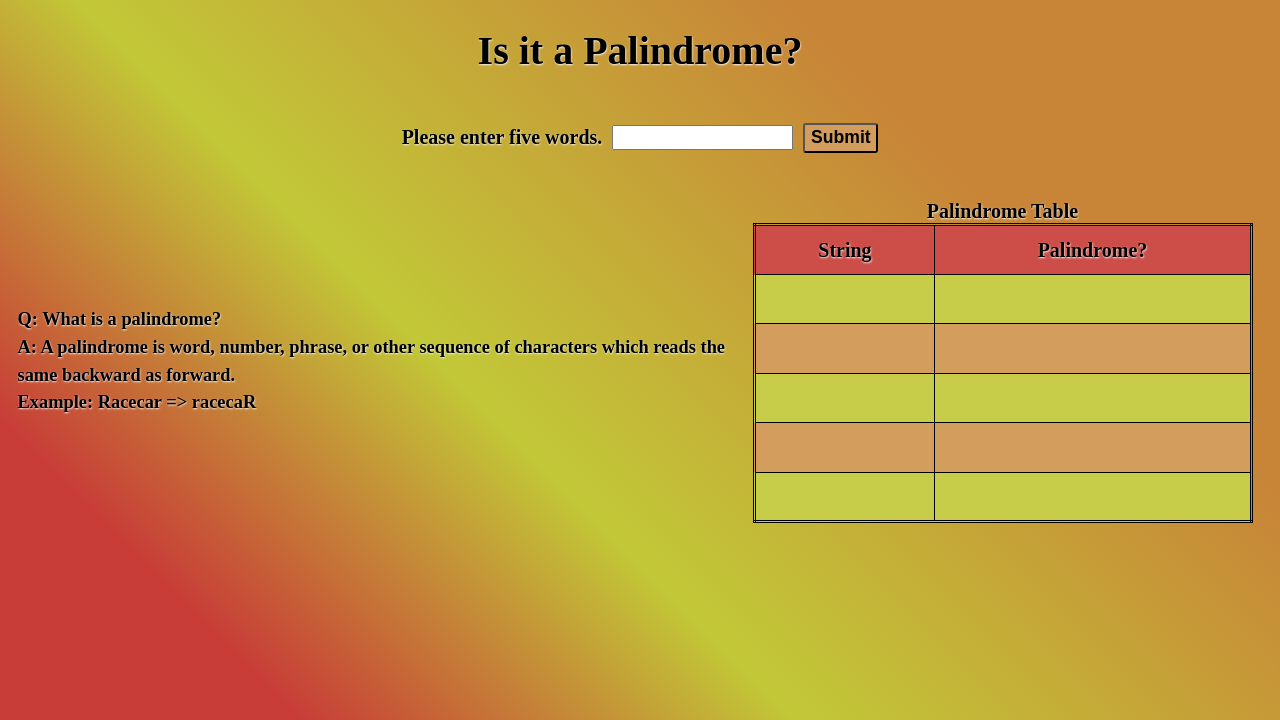
Repository: mlmEFSC21/P18-Palindrome-Table
Page: palindrome.html
The author's editor kept a copy of each file at every save. The page is drawn from the files as they stood at one save, then again after a run of saves.
The browser window is 1280 px wide. The pictures show the whole page.

Above is the page before, as saved 2022-04-04 18:19:22.

### palindrome.html
<!DOCTYPE html>
<html lang="en">
    <head>
        <meta charset="UTF-8" />
        <meta http-equiv="X-UA-Compatible" content="IE=edge" />
        <meta name="viewport" content="width=device-width, initial-scale=1.0" />
        <link rel="stylesheet" href="palindrome.css" />
        <script defer src="palindrome.js"></script>
        <title>Palindrome Table</title>
    </head>
    <body>
        <header class="mainHeader">
            <h1>Is it a Palindrome?</h1>
        </header>
        <div class="mainContent">
            <div class="formContainer" id="formContainer">
                <form class="palindromeForm" id="palindromeForm">
                    <label for="stringInput">Please enter five words.</label>
                    <input
                        type="text"
                        name="stringInput"
                        class="stringInput"
                        id="stringInput"
                        required
                    />
                    <button type="submit" class="submit-btn" id="submit-btn">Submit</button>
                </form>
            </div>
            <div class="tableContainer" id="tableContainer">
                <div class="definition">
                    <p>Q: What is a palindrome?</p>
                    <p>
                        A: A palindrome is word, number, phrase, or other sequence of characters
                        which reads the same backward as forward.
                    </p>
                    <p>Example: Racecar => racecaR</p>
                </div>
                <table>
                    <caption>
                        Palindrome Table
                    </caption>
                    <thead>
                        <tr>
                            <th>String</th>
                            <th>Palindrome?</th>
                        </tr>
                    </thead>
                    <tbody>
                        <tr>
                            <td class="string"></td>
                            <td class="yes-no"></td>
                        </tr>
                        <tr>
                            <td class="string"></td>
                            <td class="yes-no"></td>
                        </tr>
                        <tr>
                            <td class="string"></td>
                            <td class="yes-no"></td>
                        </tr>
                        <tr>
                            <td class="string"></td>
                            <td class="yes-no"></td>
                        </tr>
                        <tr>
                            <td class="string"></td>
                            <td class="yes-no"></td>
                        </tr>
                    </tbody>
                </table>
            </div>
        </div>
    </body>
</html>

### palindrome.css
*,
*::after,
*::before {
    box-sizing: border-box;
    margin: 0;
    padding: 0;
}
body {
    height: 100vh;
    text-shadow: 0.5px 0.5px 2px whitesmoke;
    font-size: 1.25rem;
    background-image: linear-gradient(225deg, #c88537 25%, #c2c837 60%, #c83d37 85%);
    background-repeat: no-repeat;
}
header {
    display: flex;
    align-items: center;
    justify-content: center;
    height: 100px;
}
.mainContent {
    display: flex;
    flex-wrap: wrap;
}
.formContainer {
    width: 100vw;
    margin: 10px, auto;
    padding: 15px;
}
form {
    display: flex;
    justify-content: center;
    align-items: center;
}
label {
    font-weight: 600;
}
input {
    margin: 10px;
    height: 25px;
}
button {
    height: 30px;
    width: 75px;
    background-color: #d39d5e;
    font-size: 1.1rem;
    font-weight: 600;
    border-radius: 3px;
}
button:hover {
    background-color: #8f5f27;
}
.tableContainer {
    display: flex;
    justify-content: space-around;
    align-items: space-around;
    padding: 15px;
}
.definition {
    justify-self: center;
    align-self: center;
    flex-wrap: wrap;
    flex-basis: 720px;
    line-height: 1.5;
    font-size: 1.15rem;
    font-weight: 900;
}
table {
    border-collapse: collapse;
    border: 3px double black;
    margin: 10px;
    padding: 10px;
    width: 500px;
    height: 300px;
    text-align: center;
    font-weight: 700;
}
th {
    height: 50px;
    border: 1px solid black;
    padding: 10px;
    background-color: #cd4e49;
}
tr,
td {
    height: 30px;
    border: 1px solid black;
    padding: 5px;
}
tr {
    background-color: #c8cd49;
}
tr:nth-child(even) {
    background-color: #d39d5e;
}

### palindrome.js
let stringsArray = [];
let index = 0;
const form = document.querySelector("#palindromeForm");
const stringInput = document.getElementById("stringInput");
const td_Yes_No = document.querySelectorAll("td.yes-no");
const td_String = document.querySelectorAll("td.string");
form.addEventListener("submit", populateStringArray);

function populateStringArray(e) {
    e.preventDefault();
    stringsArray.push(stringInput.value);
    addStringToTable(index);
    if (index >= 4) {
        testForPalindromes();
        stringInput.value = "";
    } else {
        stringInput.value = "";
        index++;
    }
}
function addStringToTable(index) {
    td_String[index].innerText = stringsArray[index];
}
function testForPalindromes() {
    let counter = 0;
    while (counter < stringsArray.length) {
        testString = stringsArray[counter];
        testString = testString.toLowerCase();
        let reverseString = testString.split("").reverse().join("");
        if (testString === reverseString) {
            td_Yes_No[counter].innerText = "Yes";
        } else {
            td_Yes_No[counter].innerText = "No";
        }
        counter++;
    }
}

After the next 2 saves:
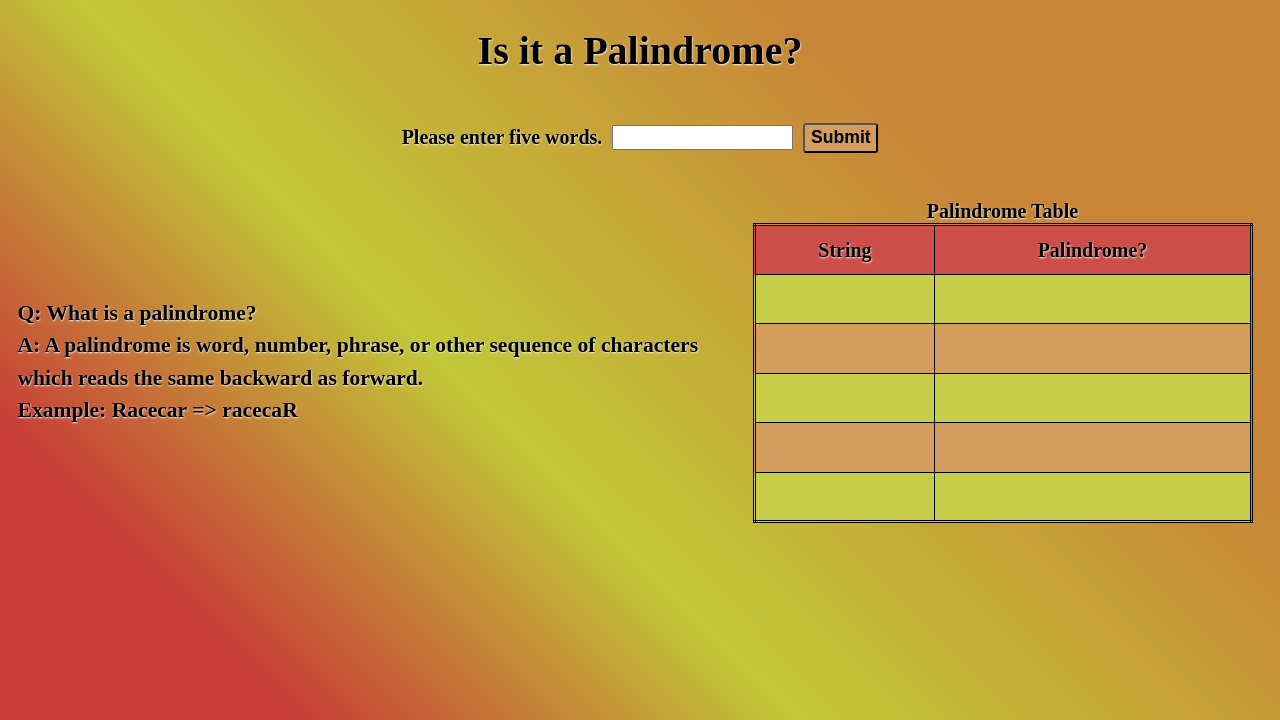
The 2 saves are shown as one change because they came seconds apart.
The last was saved 8 s later.
--- a/palindrome.css
+++ b/palindrome.css
@@ -62,7 +62,7 @@ button:hover {
     flex-wrap: wrap;
     flex-basis: 720px;
     line-height: 1.5;
-    font-size: 1.15rem;
+    font-size: 1.35rem;
     font-weight: 900;
 }
 table {
